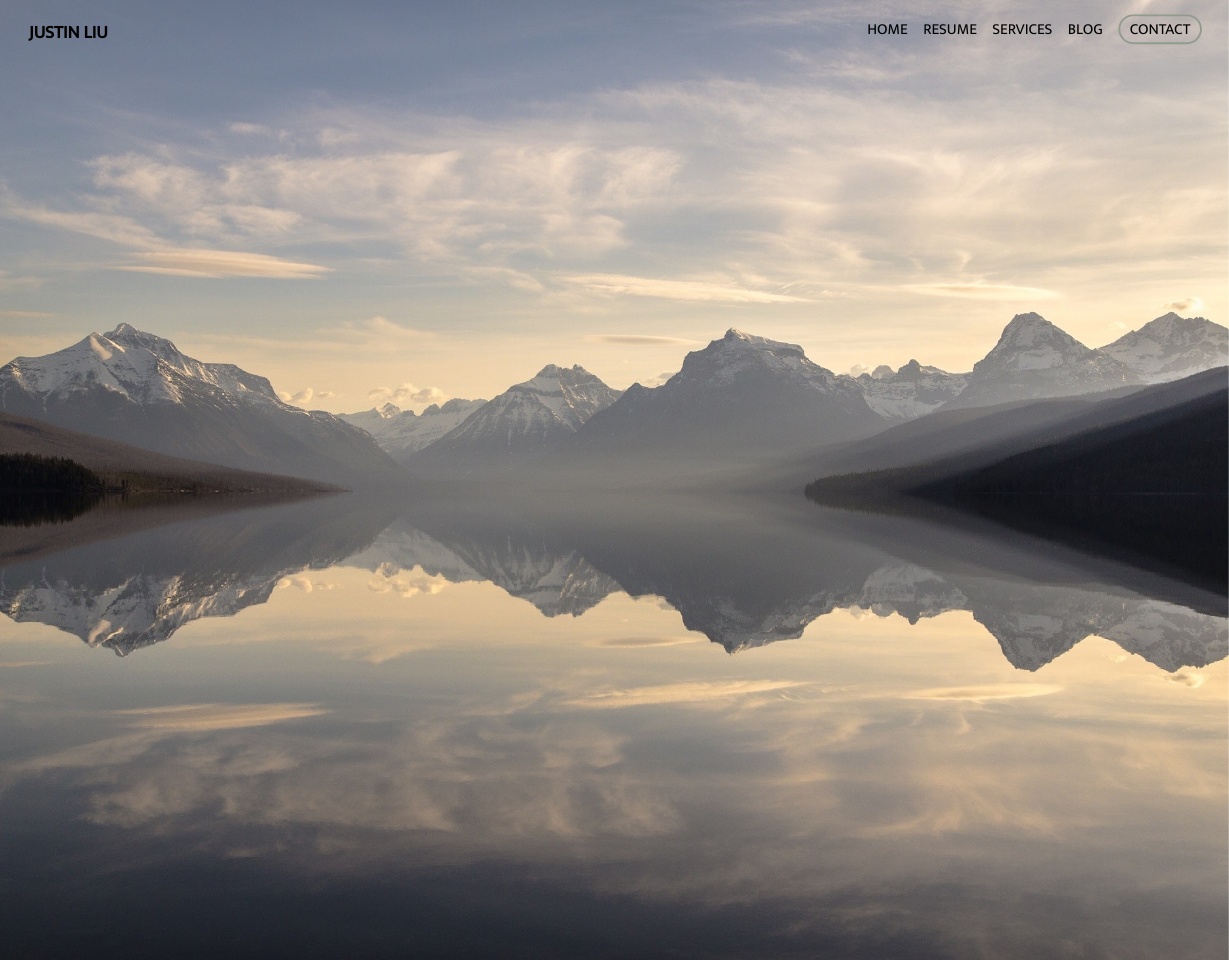
Repository: justinliu88/personal-projects
Page: index.html
These files come from the project's save history. The page is drawn as it stood at one moment and after the next save; the edit follows.
The browser window is 1280 px wide. The pictures show the whole page, at 96% of full size.
Some web libraries are served in a nearby version. The style sheet was rebuilt from its Sass, Less or Tailwind sources for each picture, by a compiler version that may differ from the author's.

Above is the page before, as saved 2020-03-17 10:53:22.

### index.html
<!DOCTYPE html>
<html lang="en">

<head>
    <meta charset="UTF-8">
    <meta name="viewport" content="width=device-width, initial-scale=1.0">
    <title>Personal Website</title>
    <link rel="stylesheet" href="main.css" type="text/css">
    <link rel="stylesheet" href="https://fonts.googleapis.com/css?family=Mukta&display=swap">
    <script src="http://ajax.googleapis.com/ajax/libs/jquery/1.7.1/jquery.min.js" type="text/javascript"></script>
    <script src="./main.js"></script>
</head>

<body>
    <nav class="container-navbar">
        <h3 class="container-navbar__name">JUSTIN LIU</h3>
        <ul class="container-navbar__options">
            <li class="container-navbar__options__buttons">
                <a class="container-navbar__options__link" href="#">HOME</a>
            </li>
            <li class="container-navbar__options__buttons">
                <a class="container-navbar__options__link" href="#">RESUME</a>
            </li>
            <li class="container-navbar__options__buttons">
                <a class="container-navbar__options__link" href="#">SERVICES</a>
            </li>
            <li class="container-navbar__options__buttons">
                <a class="container-navbar__options__link" href="#">BLOG</a>
            </li>
            <li class="container-navbar__options__buttons">
                <a id="contactLink" class="container-navbar__options__link" href="#">CONTACT</a>
            </li>
        </ul>
    </nav>



</body>

</html>

### main.scss
body {
    margin: 0px;
    background-image: url("./img/website-background.jpg");
    height: 1000px;
    background-position: center;
    background-repeat: no-repeat;
    background-size: cover;
}

.container-navbar {
    width: auto;
    display: flex;
    flex-direction: row;
    justify-content: space-between;
    &__name {
        font-family: Mukta;
        text-align: center;
        align-items: center;
        padding-left: 30px;
    }
    &__options {
        height: 60px;
        display: flex;
        flex-direction: row;
        list-style: none;
        justify-content: flex-end;
        align-items: center;
        margin: 0px;
        padding-right: 20px;
        &__buttons {
            align-items: center;
            text-align: center;
            padding: 8px;
        }
        &__link {
            font-family: Mukta;
            text-decoration: none;
            transition: all 0.1s ease 0s;
            color: black;
            &:hover {
                color: #919c8c;
                border-bottom: 3px solid #919c8c;
            }
        }
        #contactLink {
            border: 2px solid #919c8c;
            border-radius: 20px;
            padding-left: 10px;
            padding-right: 10px;
        }
    }
}

Loaded but not shown: main.js (no stored copy; drawn as an empty file)

After the next save:
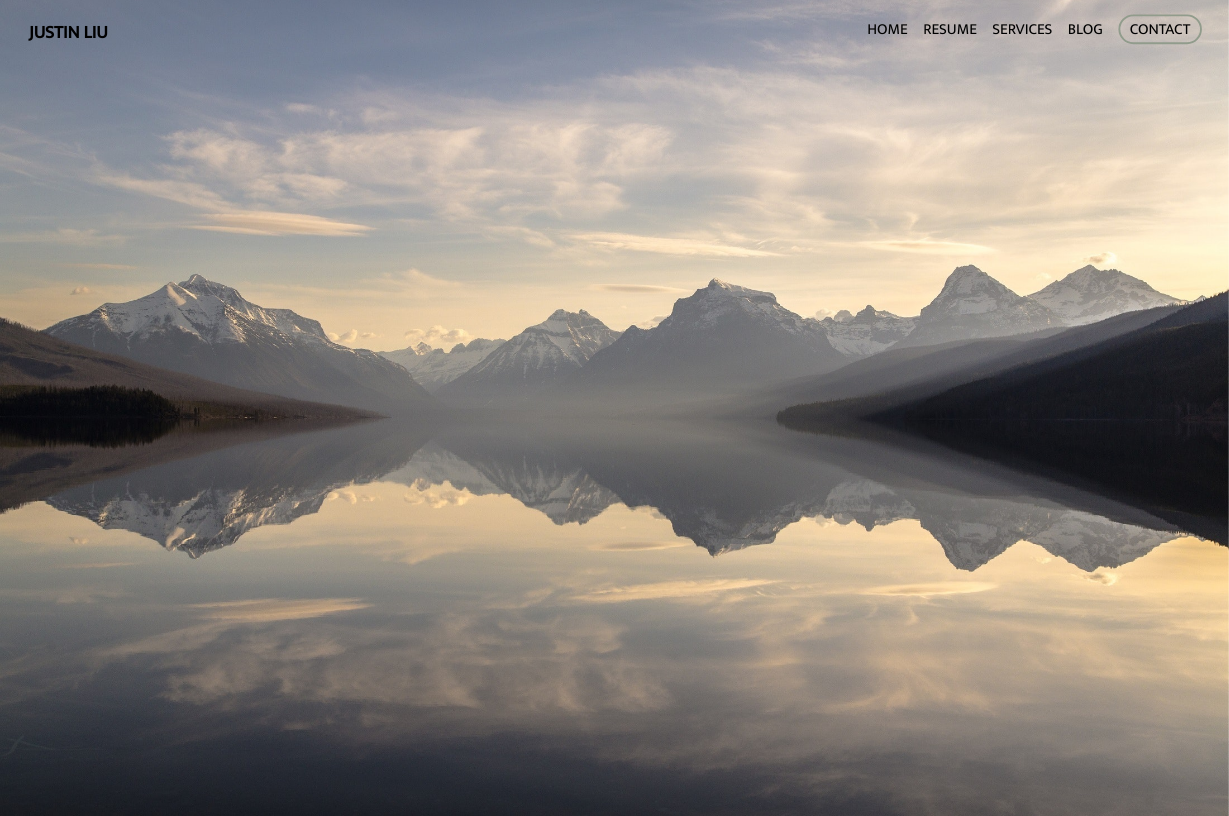
Saved 34 s later.
--- a/main.scss
+++ b/main.scss
@@ -1,7 +1,7 @@
 body {
     margin: 0px;
     background-image: url("./img/website-background.jpg");
-    height: 1000px;
+    height: 850px;
     background-position: center;
     background-repeat: no-repeat;
     background-size: cover;
